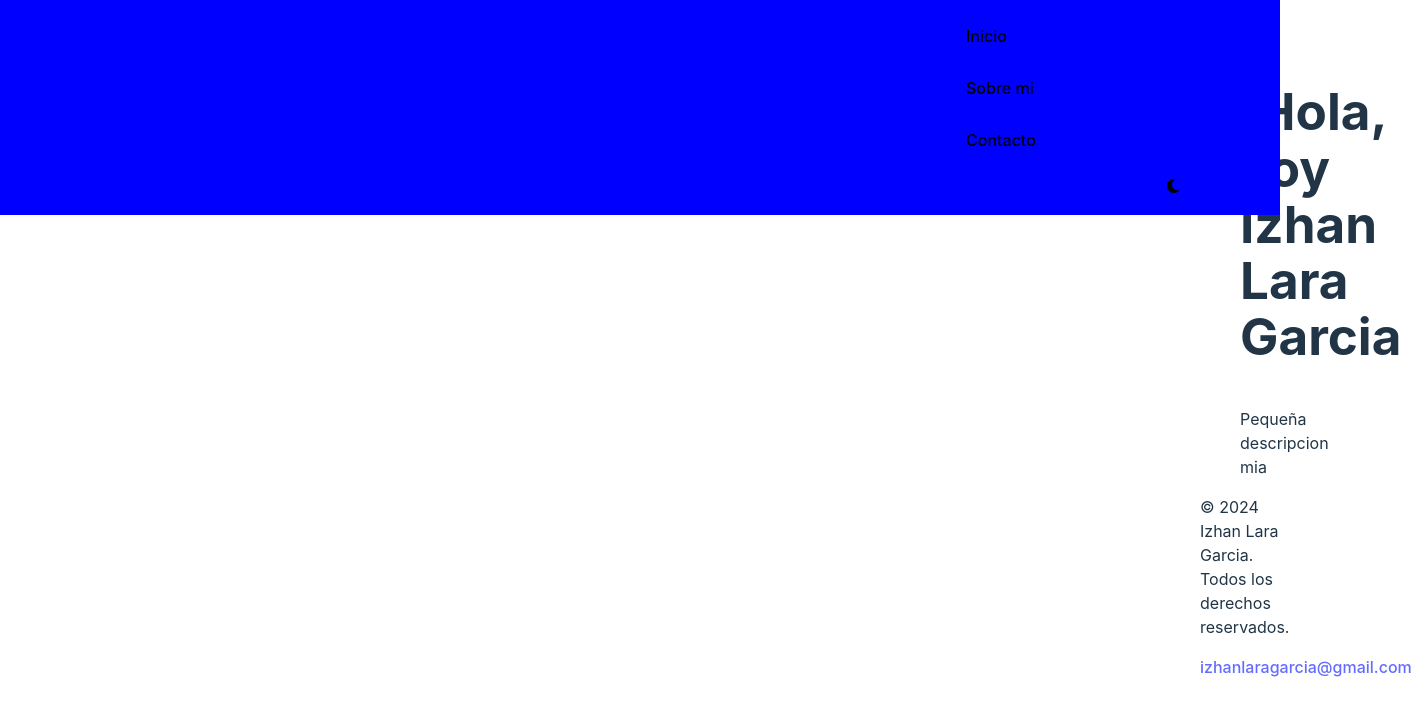
Repository: izhanlaraagarcia/izhanlaraagarcia.github.io
Page: / (app in vite-project/)
An editor plug-in stored every save of this project. The page is shown before and after the next save, followed by the edit.
The browser window is 1280 px wide. The page is 1412 px wide, then 1280 px, so the pictures cover 1412 px, including what lies to the right of the window. The pictures show the whole page.
The project was rebuilt for these pictures with package versions that can differ from the ones it lists, and the page was loaded fresh each time. Also part of the build but not shown: vite-project/vite.config.js, vite-project/src/Home/Styles/estilos.css, vite-project/src/pages/About/about.jsx, vite-project/src/pages/Contact/contact.jsx.

Above is the page before, as saved 2024-07-10 13:49:07.

After the next save:
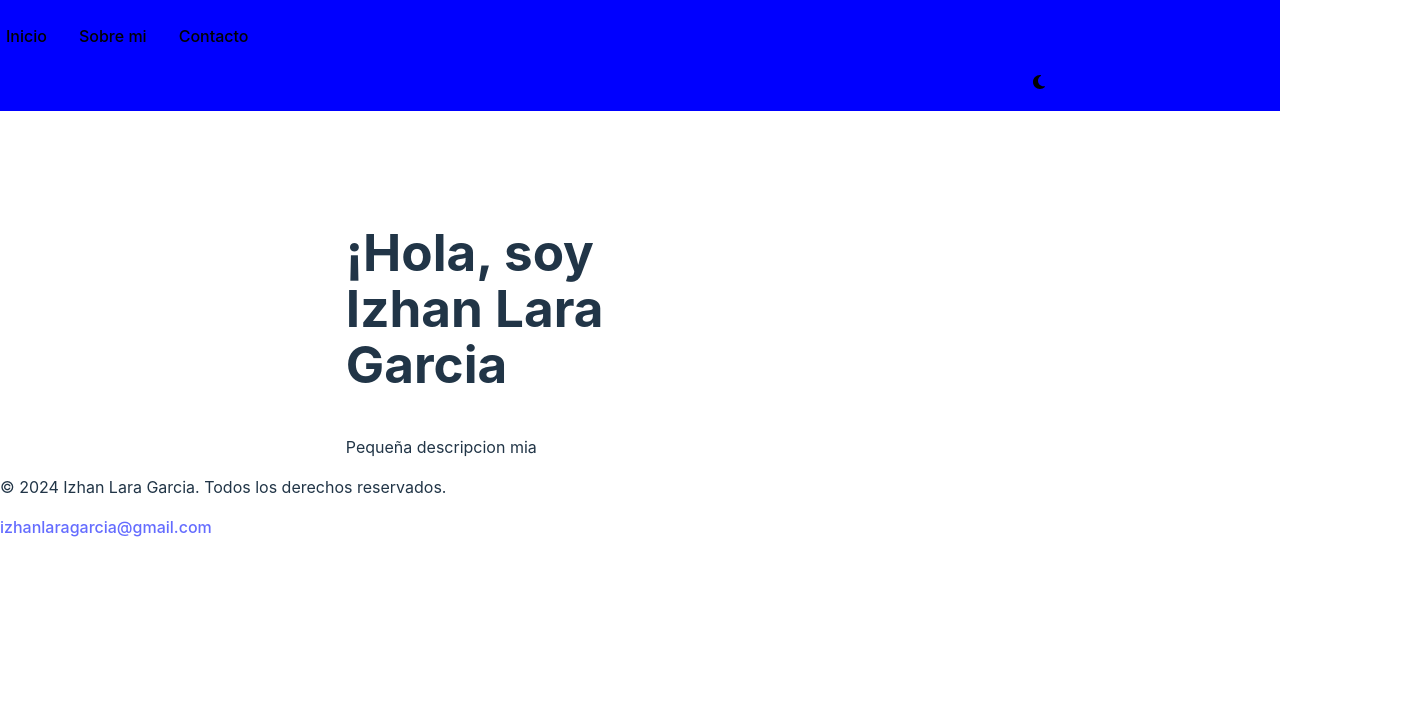
Saved 17 s later.
--- a/vite-project/src/Componentes-Generales/styles/banner.css
+++ b/vite-project/src/Componentes-Generales/styles/banner.css
@@ -1,3 +1,3 @@
-*{
+#welcome{
   margin-left: 50%;
 }
